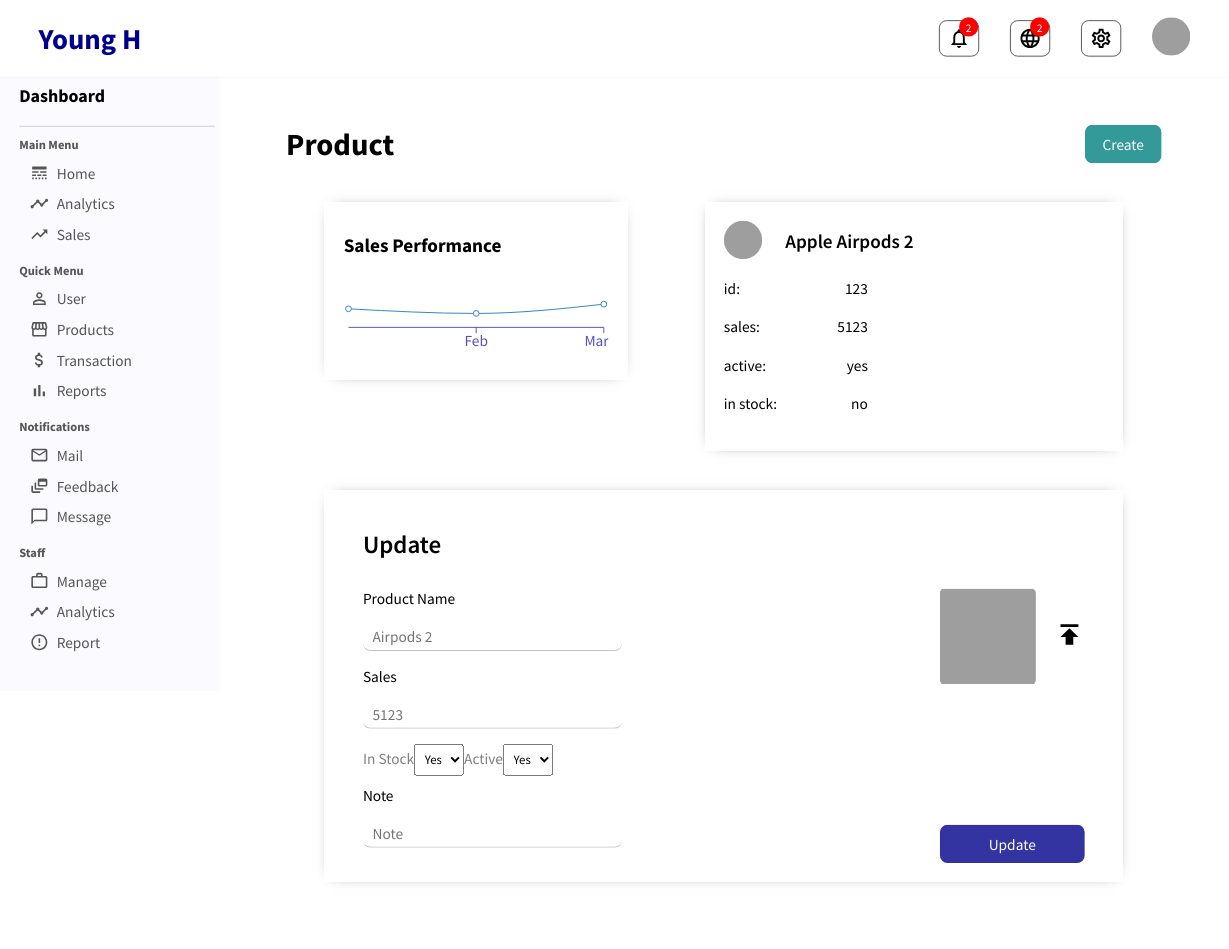
Repository: noname20011/admin
Page: /product/1
An editor plug-in stored every save of this project. The page is shown before and after the next save, followed by the edit.
The browser window is 1280 px wide. The pictures show the whole page, at 96% of full size.
Pictures or frames that could not be fetched are drawn as grey boxes. The project was rebuilt for these pictures with package versions that can differ from the ones it lists, and the page was loaded fresh each time. Also part of the build but not shown: src/pages/home/home.css, src/comopnents/featureInfo/feature.css, src/comopnents/featureInfo/Feature.jsx, src/comopnents/widgetSm/widgetSm.css, src/comopnents/widgetSm/WidgetSm.jsx, src/comopnents/widgetLg/widgetLg.css, src/comopnents/widgetLg/WidgetLg.jsx, src/pages/home/Home.jsx and 10 more.

Above is the page before, as saved 2021-11-14 16:57:09.

After the next save:
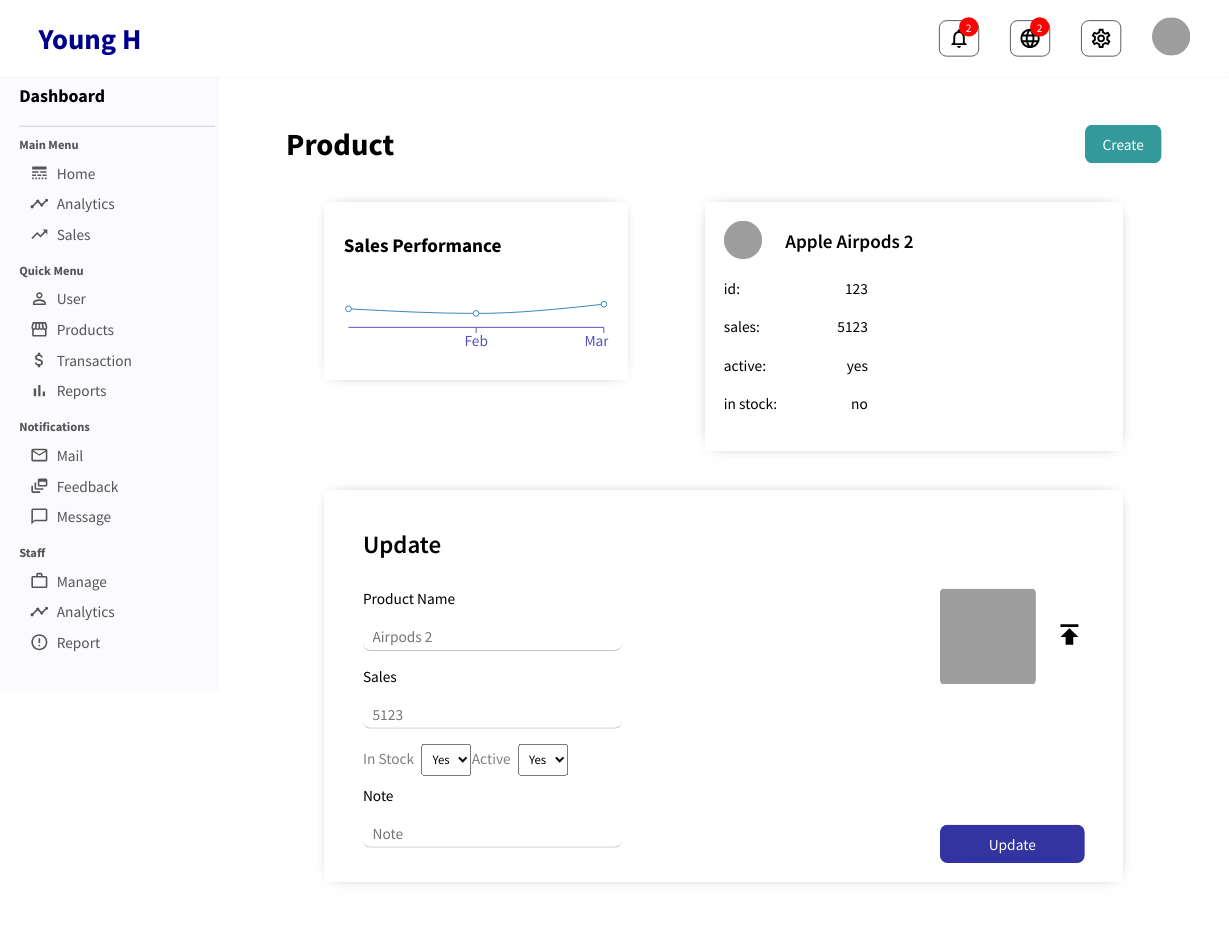
Saved 20 s later.
--- a/src/pages/product/product.css
+++ b/src/pages/product/product.css
@@ -133,6 +133,7 @@
 
 .productUpdateLeft>label {
     margin-bottom: 10px;
+    margin-right: 8px;
     color: gray;
 }
 
